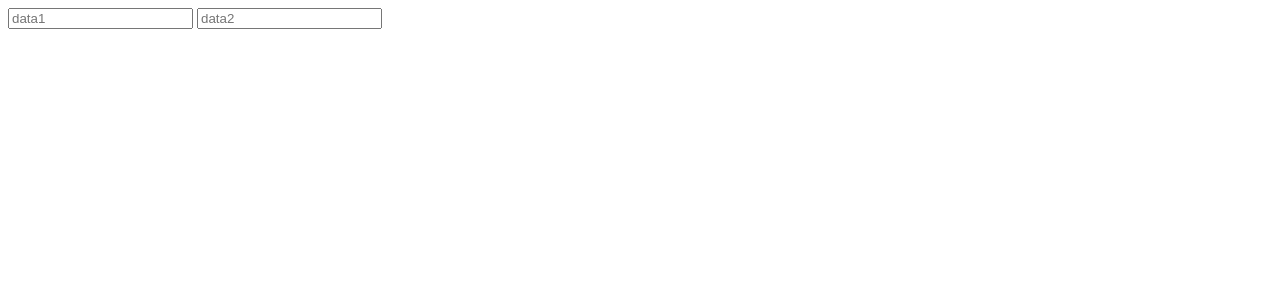
Repository: poiup/Spring
Page: http://localhost/SpringBasic/dataForm
The author's editor kept a copy of each file at every save. The page is drawn from the files as they stood at one save, then again after the next save.
The browser window is 1280 px wide. The pictures show the whole page.
The page is served by Tomcat 9.

Above is the page before, as saved 2022-03-30 02:41:17.

After the next save:
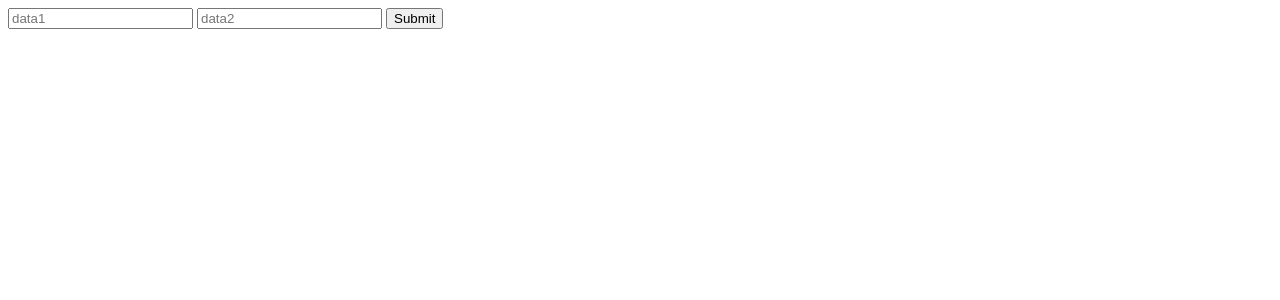
Saved 30 s later.
--- a/SpringBasic/src/main/webapp/WEB-INF/views/dataForm.jsp
+++ b/SpringBasic/src/main/webapp/WEB-INF/views/dataForm.jsp
@@ -9,7 +9,7 @@
 <body>
 	<form action="/getData">
 		<input type="text" placeholder="data1" name="data1"/>
-		<input type="number" placeholder="data2" name="data2/>
+		<input type="number" placeholder="data2" name="data2"/>
 		<input type="submit"/>
 	</form>
 </body>
